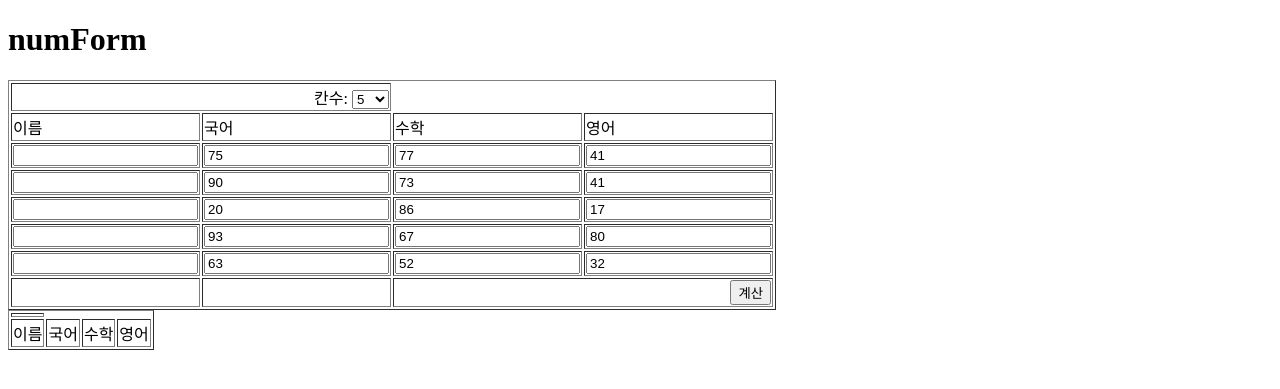
Repository: Jamikidu/newJsp
Page: http://localhost/jspProj/request/numForm.jsp
These files come from the project's save history. The page is drawn as it stood at one moment and after the next save; the edit follows.
The browser window is 1280 px wide. The pictures show the whole page.
The page is served by Tomcat 9.

Above is the page before, as saved 2023-07-27 08:20:09.

After the next save:
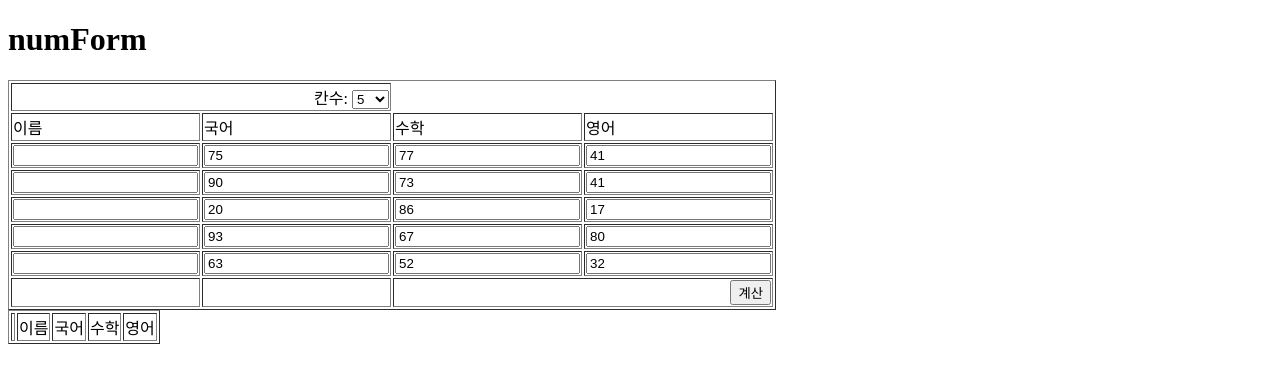
Saved 10 s later.
--- a/jspProj/src/main/webapp/request/numForm.jsp
+++ b/jspProj/src/main/webapp/request/numForm.jsp
@@ -68,12 +68,10 @@
 </form>
 <table border="">
 	<th>
-		<tr>
-			<td>이름</td>
-			<td>국어</td>
-			<td>수학</td>
-			<td>영어</td>
-		</tr>
+		<td>이름</td>
+		<td>국어</td>
+		<td>수학</td>
+		<td>영어</td>
 	</th>
 </table>
 
